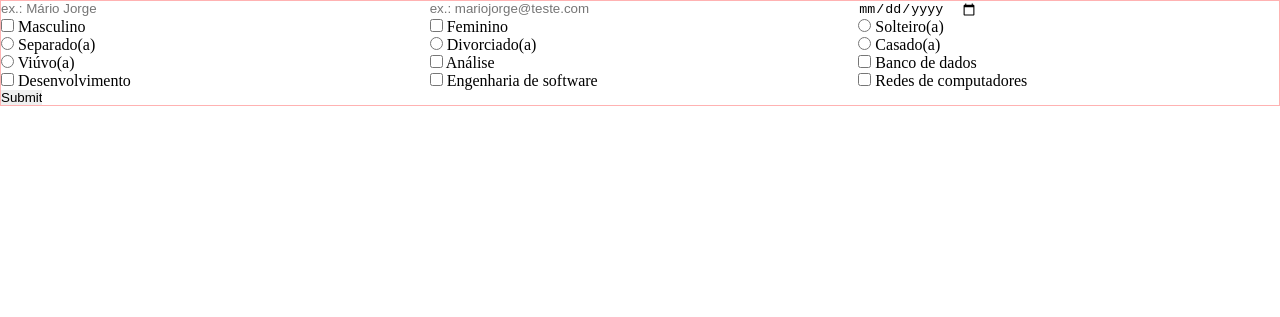
Repository: mjRibeiroTriscal/UVA_Projects
Page: Proj_A1_AVA2_2020_1/index.html
The author's editor kept a copy of each file at every save. The page is drawn from the files as they stood at one save, then again after the next save.
The browser window is 1280 px wide. The pictures show the whole page.

Above is the page before, as saved 2020-03-13 11:18:47.

After the next save:
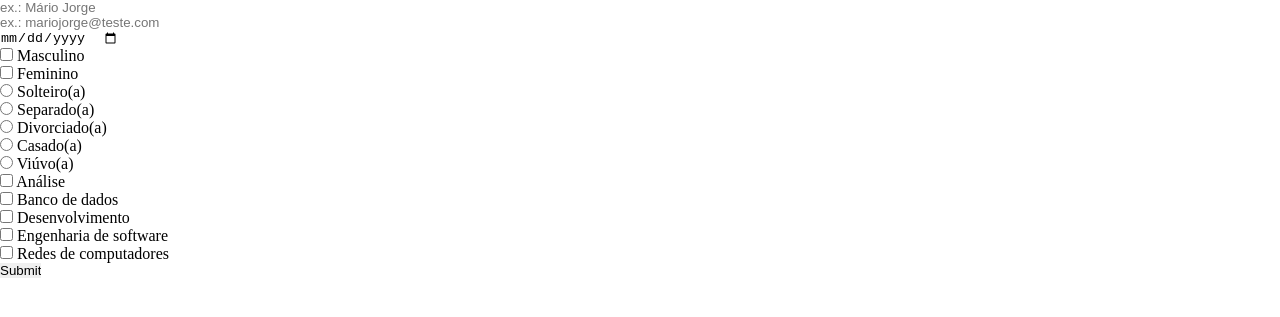
Saved 80 s later.
--- a/Proj_A1_AVA2_2020_1/index.html
+++ b/Proj_A1_AVA2_2020_1/index.html
@@ -23,71 +23,71 @@
 
         <section>
 
-            <form name="formUva" class="container" action="http://google.co">
+            <form class="gridContainer" name="formUva" action="http://google.co">
 
-                <div>
+                <div class="gridItem">
                     <input id="nome" type="text" name="nome" placeholder="ex.: Mário Jorge" />
                 </div>
-                <div>
+                <div class="gridItem">
                     <input id="email" type="text" name="email" placeholder="ex.: mariojorge@teste.com" />
                 </div>
 
-                <div>
+                <div class="gridItem">
                     <input id="dataNasc" type="date" name="dataNasc" />
                 </div>
 
-                <div>
+                <div class="gridItem">
                     <input id="masc" type="checkbox" name="masc" />
                     <label for="masc">Masculino</label>
                 </div>
-                <div>
+                <div class="gridItem">
                     <input id="fem" type="checkbox" name="fem" />
                     <label for="fem">Feminino</label>
                 </div>
 
-                <div>
+                <div class="gridItem">
                     <input id="solteiro" type="radio" name="estCivil" />
                     <label for="solteiro">Solteiro(a)</label>
                 </div>
-                <div>
+                <div class="gridItem">
                     <input id="separado" type="radio" name="estCivil" />
                     <label for="separado">Separado(a)</label>
                 </div>
-                <div>
+                <div class="gridItem">
                     <input id="divorciado" type="radio" name="estCivil" />
                     <label for="divorciado">Divorciado(a)</label>
                 </div>
-                <div>
+                <div class="gridItem">
                     <input id="casado" type="radio" name="estCivil" />
                     <label for="casado">Casado(a)</label>
                 </div>
-                <div>
+                <div class="gridItem">
                     <input id="viuvo" type="radio" name="estCivil" />
                     <label for="viuvo">Viúvo(a)</label>
                 </div>
 
-                <div>
+                <div class="gridItem">
                     <input id="analise" type="checkbox" name="analise" />
                     <label for="analise">Análise</label>
                 </div>
-                <div>
+                <div class="gridItem">
                     <input id="bancoDados" type="checkbox" name="bancoDados" />
                     <label for="bancoDados">Banco de dados</label>
                 </div>
-                <div>
+                <div class="gridItem">
                     <input id="desenvolvimento" type="checkbox" name="desenvolvimento" />
                     <label for="desenvolvimento">Desenvolvimento</label>
                 </div>
-                <div>
+                <div class="gridItem">
                     <input id="engenhariaSoftware" type="checkbox" name="engenhariaSoftware" />
                     <label for="engenhariaSoftware">Engenharia de software</label>
                 </div>
-                <div>
+                <div class="gridItem">
                     <input id="redesComputadores" type="checkbox" name="redesComputadores" />
                     <label for="redesComputadores">Redes de computadores</label>
                 </div>
 
-                <div>
+                <div class="gridItem">
                     <input type="submit" value="Submit">
                 </div>
 

After the save that followed:
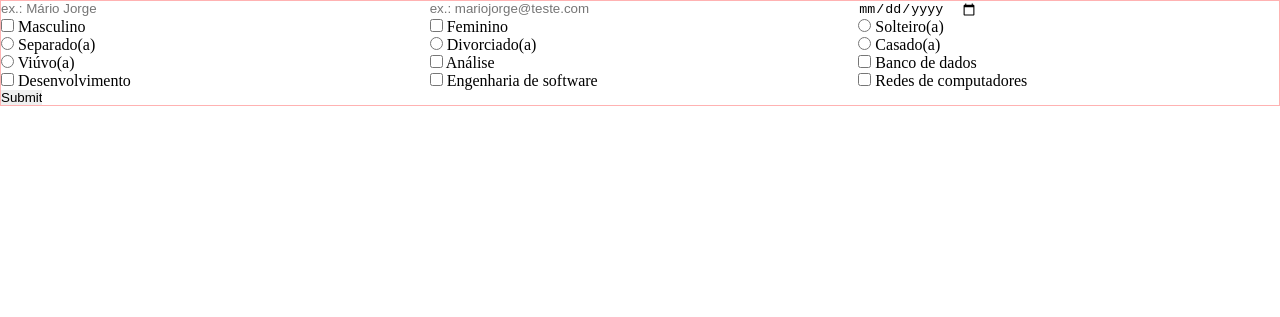
Saved 12 s later.
--- a/Proj_A1_AVA2_2020_1/style.css
+++ b/Proj_A1_AVA2_2020_1/style.css
@@ -18,7 +18,7 @@ input {
     box-shadow: 0;
 }
 
-.container {
+.gridContainer {
     display: grid;
     border: 1px solid rgba(255, 0, 0, 0.3);
     grid-template-columns: auto auto auto;
